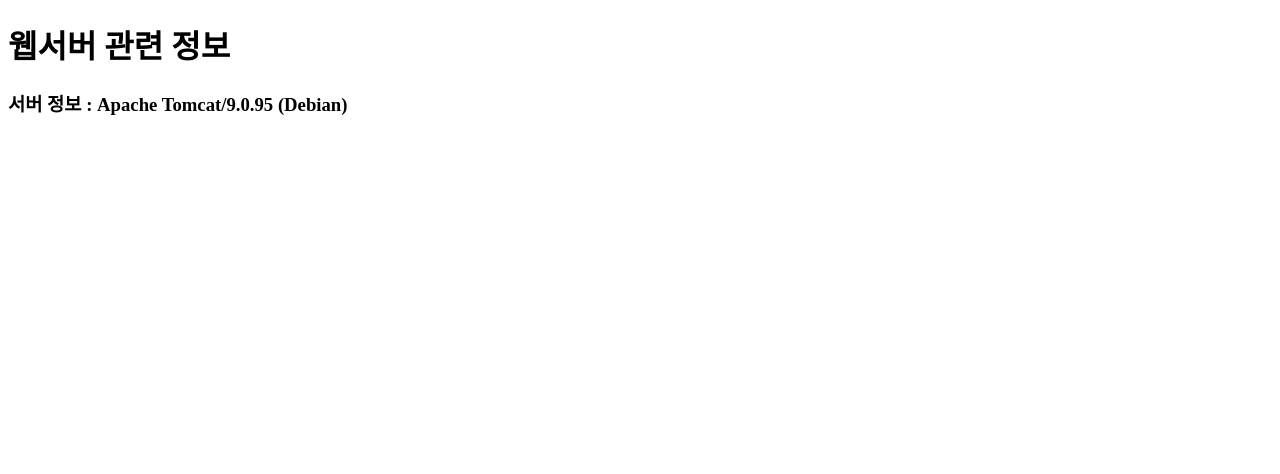
Repository: yeobleeme/06_jsp_basic
Page: http://localhost/jsp01_basic/jsp04_object/jsp03_application.jsp
The author's editor kept a copy of each file at every save. The page is drawn from the files as they stood at one save, then again after the next save.
The browser window is 1280 px wide. The pictures show the whole page.
The page is served by Tomcat 9. Nobody is signed in. The application's start-up code is not run. Other server files are loaded and not shown.

Above is the page before, as saved 2023-05-11 01:40:31.

### jsp01_basic/WebContent/jsp04_object/jsp03_application.jsp
<%@page language="java" contentType="text/html; charset=UTF-8" pageEncoding="UTF-8"%>
<!DOCTYPE html>
<!--
	3. application 기본객체

	  application객체는 웹애플리케이션 전역에 걸쳐서 사용되는 정보를 저장할 수 있다.
	  예를 들어 application객체를 사용해서 초기설정정보, 서버정보, 웹애플리케이션에서 제공하는 정보를
	  공통으로 공유해서 사용할 수 있다.

	  서블릿구역에서는 웹애플리케이션 전체에 걸쳐서 사용(공유)할 수 있는 초기화 파라미터를 정의하고 있는데
	  초기화 파라미터는 web.xml의 <context=param>태그를 사용하여 추가할 수 있다.

	  [ web.xml이란? ]

	  web.xml파일은 웹애플리케이션을 위한 설정정보를 가지고 있는 파일이다.
	  jsp프로그래밍을 할 때 꼭 필요한 파일은 아니지만 환경설정 파일로서 중요한 파일이다.
	  이 파일은 반드시 WEB-INF폴더에 위치해야 한다. 다른 폴더에 위치하게 될 경우 이 파일을 인식하지 못한다.

	  [ application객체의 초기화 메서드 ]

	  a. getIntParameter(String name) : name이라는 키로 초기화 파라미터값을 읽을 수 있다.
	  b. getIntParameters() : 초기 파라미터 목록(key)들을 리턴

	  [ application객체의 서버 관련 메서드 ]

	  a. getServerInfo() : 웹서버의 정보를 리턴
	  b. getMajorVersion() : 웹서버가 지원하는 서블릿 구역의 페이지정보를 리턴
	  c. getMinorVersion() : 웹서버가 지원하는 서블릿 구역의 마이너정보를 리턴
	  d. log() : application객체는 웹컨테이너가 사용하는 로그파일에 로그메시지를 기록할 수 있는 메서드
	     ... 톰캣설치폴더/logs폴더에 localhost_log.yyyy-mm-dd.log파일에 메시지가 기록된다.
-->
<html>
<head>
<meta charset="UTF-8">
<title>Insert title here</title>
</head>
<body>
	<h1>웹서버 관련 정보</h1>
	<h3>서버 정보 : <%= application.getServerInfo() %></h3>
</body>
</html>

After the next save:
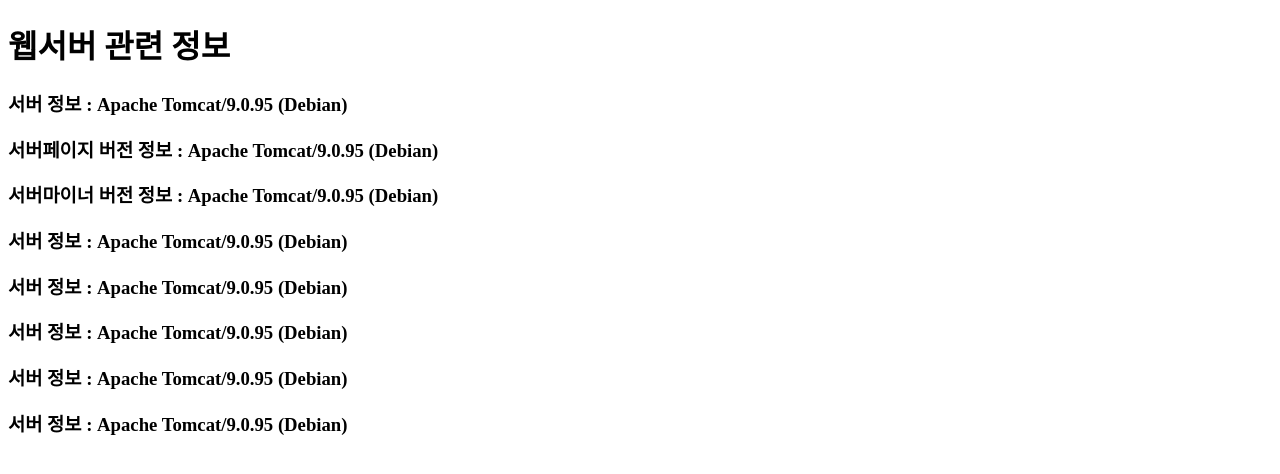
Saved 33 s later.
--- a/jsp01_basic/WebContent/jsp04_object/jsp03_application.jsp
+++ b/jsp01_basic/WebContent/jsp04_object/jsp03_application.jsp
@@ -37,5 +37,12 @@
 <body>
 	<h1>웹서버 관련 정보</h1>
 	<h3>서버 정보 : <%= application.getServerInfo() %></h3>
+	<h3>서버페이지 버전 정보 : <%= application.getServerInfo() %></h3>
+	<h3>서버마이너 버전 정보 : <%= application.getServerInfo() %></h3>
+	<h3>서버 정보 : <%= application.getServerInfo() %></h3>
+	<h3>서버 정보 : <%= application.getServerInfo() %></h3>
+	<h3>서버 정보 : <%= application.getServerInfo() %></h3>
+	<h3>서버 정보 : <%= application.getServerInfo() %></h3>
+	<h3>서버 정보 : <%= application.getServerInfo() %></h3>
 </body>
 </html>
